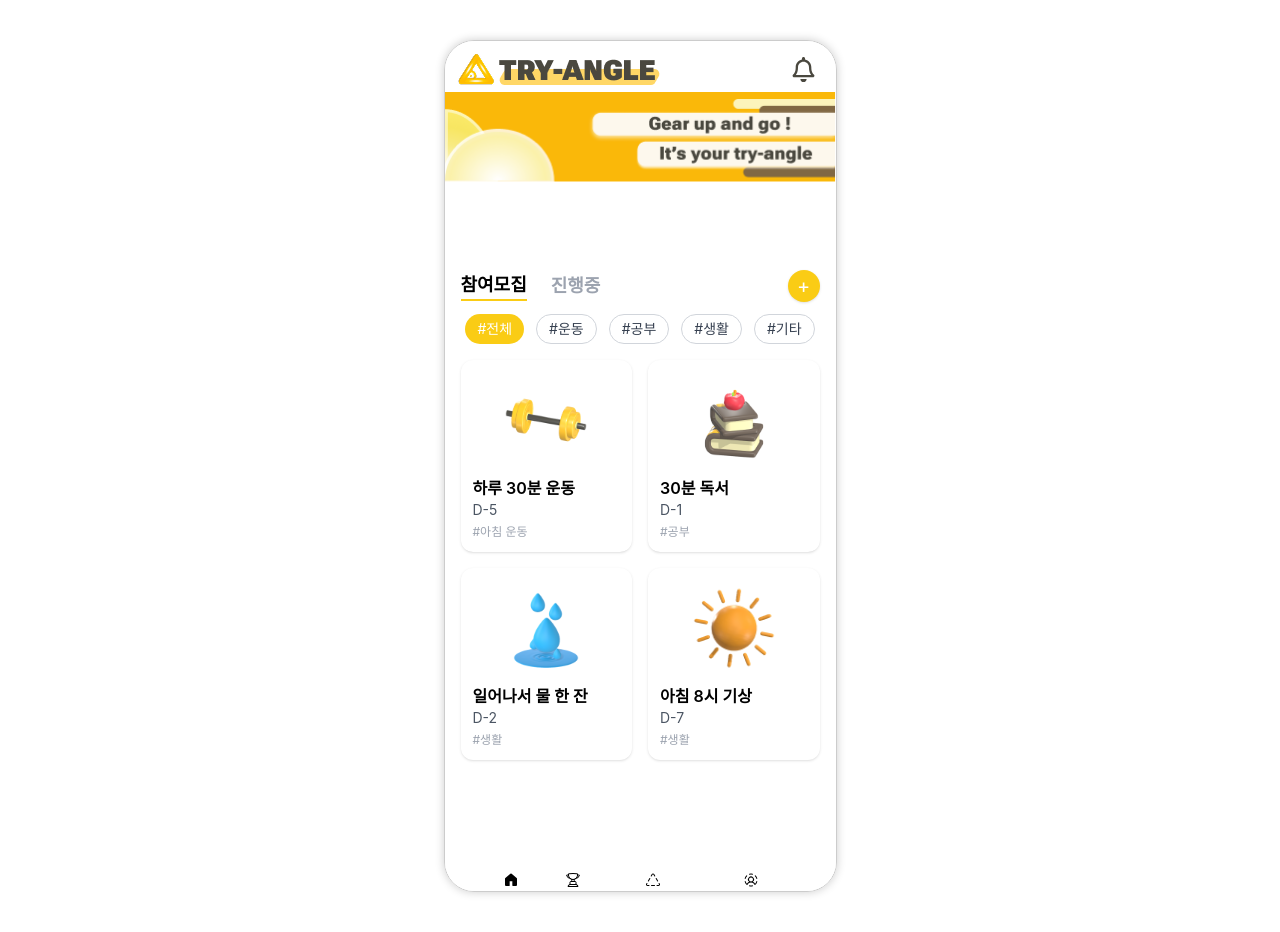
Repository: gusdk19/TryAngle-FE
Page: /
The author's editor kept a copy of each file at every save. The page is drawn from the files as they stood at one save, then again after the next save.
The browser window is 1280 px wide. The pictures show the whole page.
The project was rebuilt for these pictures with package versions that can differ from the ones it lists, and the page was loaded fresh each time. Also part of the build but not shown: src/App.css.

Above is the page before, as saved 2025-04-30 23:18:46.

### src/index.js
import React from 'react';
import ReactDOM from 'react-dom/client';
import "./styles/index.css";
import App from './App';
import reportWebVitals from './reportWebVitals';

const root = ReactDOM.createRoot(document.getElementById('root'));
root.render(
  <React.StrictMode>
    {/* <App /> */}
    <div className='iphone-frame'>
      <App/>
    </div>
  </React.StrictMode>
);

// If you want to start measuring performance in your app, pass a function
// to log results (for example: reportWebVitals(console.log))
// or send to an analytics endpoint. Learn more: https://bit.ly/CRA-vitals
reportWebVitals();

### src/styles/index.css
@tailwind base;
@tailwind components;
@tailwind utilities;

body {
  margin: 0;
  font-family: -apple-system, BlinkMacSystemFont, 'Segoe UI', 'Roboto', 'Oxygen',
    'Ubuntu', 'Cantarell', 'Fira Sans', 'Droid Sans', 'Helvetica Neue',
    sans-serif;
  -webkit-font-smoothing: antialiased;
  -moz-osx-font-smoothing: grayscale;
}

code {
  font-family: source-code-pro, Menlo, Monaco, Consolas, 'Courier New',
    monospace;
}

.iphone-frame {
  position: relative;
  width: 393px;
  height: 852px;
  border: 1px solid #ccc;
  margin: 40px auto;
  box-shadow: 0 0 10px rgba(0,0,0,0.2);
  overflow: auto;
  border-radius: 30px;
  background: white;
  padding: 0px 0px;

  -ms-overflow-style:none; /* IE and Edge */
  scrollbar-width:none; /* Firefox */
}

.iphone-frame::-webkit-scrollbar {
	display:none /* Chrome , Safari , Opera */
}

### src/App.js
import { BrowserRouter, Routes, Route } from 'react-router-dom';
import './App.css';

import Home from './pages/Home';
//import Alarm from './pages/Alarm';
//import ChallengeAdd from './pages/ChallengeAdd';

function App() {
  return (
    <BrowserRouter>
      <Routes>
        <Route path="/" element={<Home />} />
        {/*<Route path="/alarm" element={<Alarm />} /> */}
        { /*<Route path="/challenge/add" element={<ChallengeAdd />} />*/}
      </Routes>
    </BrowserRouter>
  );
}

export default App;

### src/pages/Home.js
import React, { useState } from 'react';
import Header from '../components/Header';
import Footer from '../components/Footer';
import dumbell from '../assets/images/finace/dumbell.png';
import books from '../assets/images/finace/books.png';
import water from '../assets/images/finace/water.png';
import sun from '../assets/images/finace/Sun.png';
import bannerImage from '../assets/images/common/banner_image.png';

const Home = () => {
  const [activeTab, setActiveTab] = useState('participating');
  const [activeCategory, setActiveCategory] = useState('전체');

  const categories = ['전체', '운동', '공부', '생활', '기타'];

  const challenges = [
    { id: 1, title: '하루 30분 운동', dday: 5, tag: '#아침 운동', image: dumbell },
    { id: 2, title: '30분 독서', dday: 1, tag: '#공부', image: books },
    { id: 3, title: '일어나서 물 한 잔', dday: 2, tag: '#생활', image: water },
    { id: 4, title: '아침 8시 기상', dday: 7, tag: '#생활', image: sun },
  ];

  const filteredChallenges =
    activeCategory === '전체'
      ? challenges
      : challenges.filter((c) => c.tag.includes(activeCategory));

  return (
    <div className="bg-white flex flex-row justify-center w-full">
      {/* 모바일 프레임 */}
      <div className="bg-white w-[393px] h-[852px] relative">
        <Header />
        {/* 배너 이미지 삽입 (Header 아래에 추가) */}
        <img src={bannerImage} alt="banner" className="w-full" />

        {/* 탭 영역 */}
        <div className="flex justify-between items-center px-4 mt-4">
          <div className="flex space-x-6">
            <button
                className={`text-lg font-semibold ${
                activeTab === 'participating'
                    ? 'border-b-2 border-yellow-400 text-black'
                    : 'text-gray-400'
                }`}
                onClick={() => setActiveTab('participating')}
            >
                참여모집
            </button>
            <button
                className={`text-lg font-semibold ${
                activeTab === 'ongoing'
                    ? 'border-b-2 border-yellow-400 text-black'
                    : 'text-gray-400'
                }`}
                onClick={() => setActiveTab('ongoing')}
            >
                진행중
            </button>
          </div>
          <button
            className="bg-yellow-400 text-white text-xl w-8 h-8 rounded-full flex items-center justify-center shadow hover:bg-yellow-500"
            //onClick={() => navigate('/challenge/add')}
          >
            +
          </button>
        </div>

        {/* 카테고리 */}
        <div className="flex justify-center gap-3 mt-3">
          {categories.map((category) => (
            <button
              key={category}
              className={`px-3 py-1 rounded-full text-sm ${
                activeCategory === category
                  ? 'bg-yellow-400 text-white'
                  : 'bg-white text-gray-700 border border-gray-300'
              }`}
              onClick={() => setActiveCategory(category)}
            >
              #{category}
            </button>
          ))}
        </div>

        {/* 챌린지 카드 */}
        <div className="flex-grow overflow-y-auto p-4 pb-[100px]">
          <div className="grid grid-cols-2 gap-4">
            {filteredChallenges.map((c) => (
              <div
                key={c.id}
                className="bg-white p-3 rounded-xl shadow hover:bg-yellow-200 transition"
              >
                <img
                  src={c.image}
                  alt={c.title}
                  className="w-full h-24 object-contain mb-2"
                />
                <p className="font-semibold">{c.title}</p>
                <p className="text-sm text-gray-600">D-{c.dday}</p>
                <p className="text-xs text-gray-400 mt-1">{c.tag}</p>
              </div>
            ))}
          </div>
        </div>

        <Footer page="home" />
      </div>
    </div>
  );
};

export default Home;

### src/components/Header.js
import React from "react";
import "../styles/Header.css";
import { FaRegBell } from "react-icons/fa";
import { useNavigate } from "react-router-dom";
import logo_name from "../assets/images/common/logo_name.png";

export default function Header() {
  const navigate = useNavigate();

  return (
    <div className="header flex flex-unwrap grow w-full pt-[4.5px]">
      {/* 로고 (왼쪽) */}
      <div className="logo-name my-auto flex-1 text-left align-middle cursor-pointer" onClick={() => navigate("/")}>
        <img src={logo_name} alt="try-angle_logo_name" />
      </div>

      {/* 알림 아이콘 (오른쪽) */}
      <div className="bell flex-none align-middle cursor-pointer">
        <FaRegBell
          className="bell-icon2 mt-[2px] text-[#4A483F]"
          onClick={() => navigate("/alarm")}
        />
      </div>
    </div>
  );
}

### src/components/Footer.js
import React from "react";
import "../styles/Header.css";
import { GoHome, GoHomeFill } from "react-icons/go";
import { HiTrophy, HiOutlineTrophy } from "react-icons/hi2";
import { PiUserCircleDashed, PiUserCircleDuotone, PiTriangleDashedFill, PiTriangleDashed } from "react-icons/pi";
import { useNavigate } from "react-router-dom";

export default function Footer({ page }) {
  const navigate = useNavigate();

  const navigationItems = [
    {
      icon: page === "home" ? <GoHomeFill className="icon" /> : <GoHome className="icon" />,
      label: "홈",
      route: "/",
    },
    {
      icon: page === "ranking" ? <HiTrophy className="icon" /> : <HiOutlineTrophy className="icon" />,
      label: "랭킹",
      route: "/rank",
    },
    {
      icon: page === "myChallenge" ? <PiTriangleDashedFill className="icon" /> : <PiTriangleDashed className="icon" />,
      label: "마이챌린지",
      route: "/mychallenge",
    },
    {
      icon: page === "myPage" ? <PiUserCircleDuotone className="icon" /> : <PiUserCircleDashed className="icon" />,
      label: "마이페이지",
      route: "/mypage",
    },
  ];

  return(
    <footer className="absolute w-full h-[70px] bg-white px-4 pt-2">
      <div className="flex justify-evenly items-center">
        {navigationItems.map((item, index) => (
          <div key={index} className="flex flex-col items-center justify-center cursor-pointer" onClick={()=>{navigate(item.route);}}>
            <div className="w-6 h-6 flex items-center justify-center">{item.icon}</div>
            <span className="text-[13px] font-bold mt-1">{item.label}</span>
          </div>
        ))}
      </div>
    </footer>
);
}

### src/styles/Header.css
.header{
    display: flex;
    flex-wrap: nowrap;
    justify-content: space-between;
    position: relative;
    width: 100%;
    height: 51px;
    text-align: center;
    vertical-align: middle;
}

.title{
    display: grid;
    place-items: center;
    flex-grow: 1;
    vertical-align: middle;
}

.logo-name{
    display: grid;
    place-items: start;
    flex-grow: 1;
    vertical-align: middle;
    margin-left: 13px;
}

.title-text{
    position: absolute;
    left:50%;
    transform: translateX(-50%);
    font-weight: bold;
    font-size: large;
}

.bell{
    display: grid;
    place-items: center;
    flex-shrink: 0;
    vertical-align: middle;
    margin-right:20px;

}

.bell-icon{
    width: 20px;
    height:20px;
}

.bell-icon2{
    width: 25px;
    height:25px;
}

.back{
    display: grid;
    place-items: center;
    flex-shrink: 0;
    vertical-align: middle;
    margin-left:20px;

}

.back-icon{
    width: 20px;
    height:20px;
}

### tailwind.config.js
/** @type {import('tailwindcss').Config} */
module.exports = {
    content: [
        "./src/**/*.{js,jsx,ts,tsx}",
    ],
    theme: {
      extend: {},
    },
    plugins: [],
  }

Loaded but not shown: public/index.html (common file); src/reportWebVitals.js (common file)

After the next save:
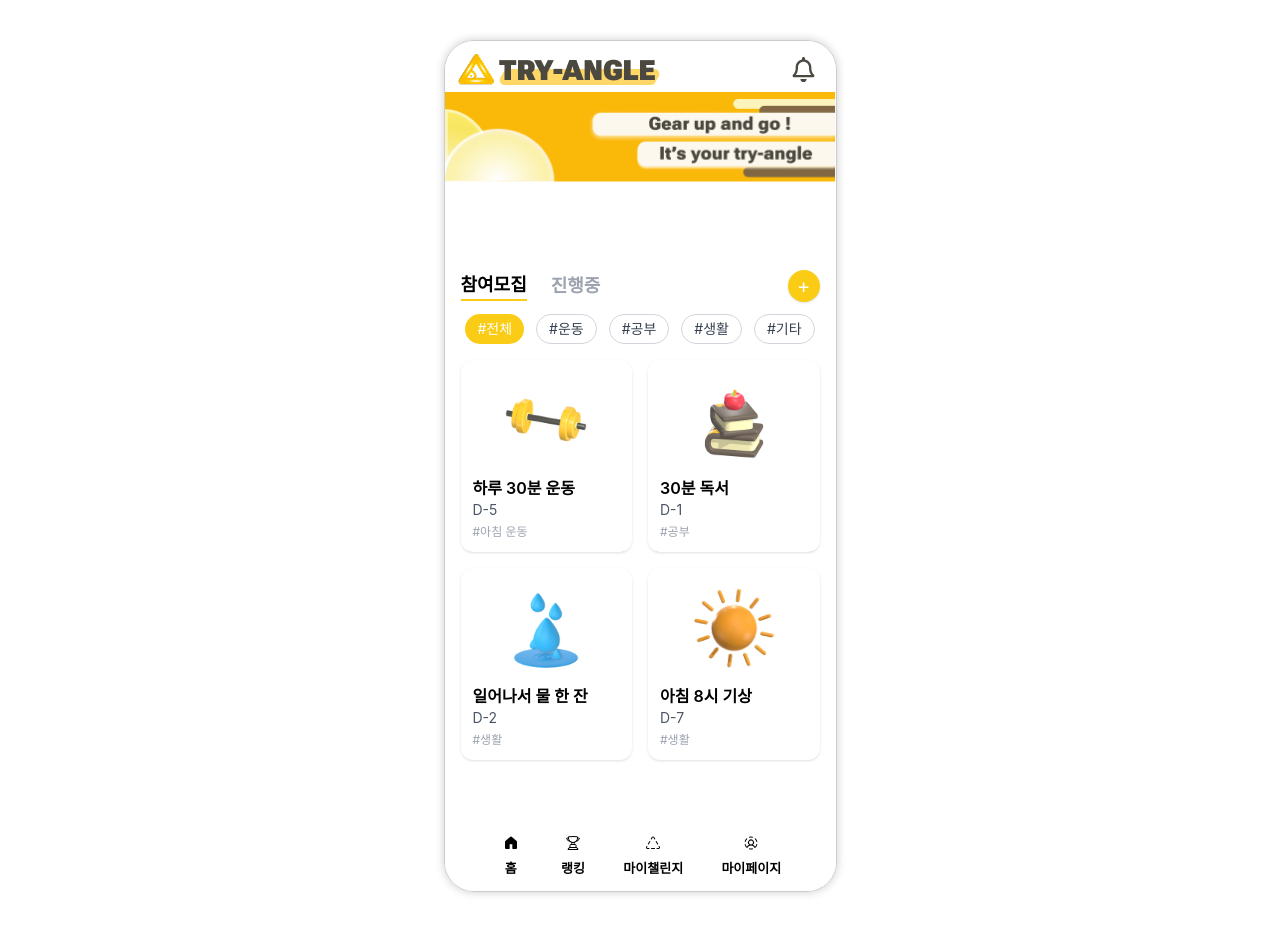
Saved 115 s later.
--- a/src/components/Footer.js
+++ b/src/components/Footer.js
@@ -32,7 +32,7 @@ export default function Footer({ page }) {
   ];
 
   return(
-    <footer className="absolute w-full h-[70px] bg-white px-4 pt-2">
+    <footer className="absolute w-full h-[70px] bg-white bottom-0  px-4 pt-2">
       <div className="flex justify-evenly items-center">
         {navigationItems.map((item, index) => (
           <div key={index} className="flex flex-col items-center justify-center cursor-pointer" onClick={()=>{navigate(item.route);}}>
